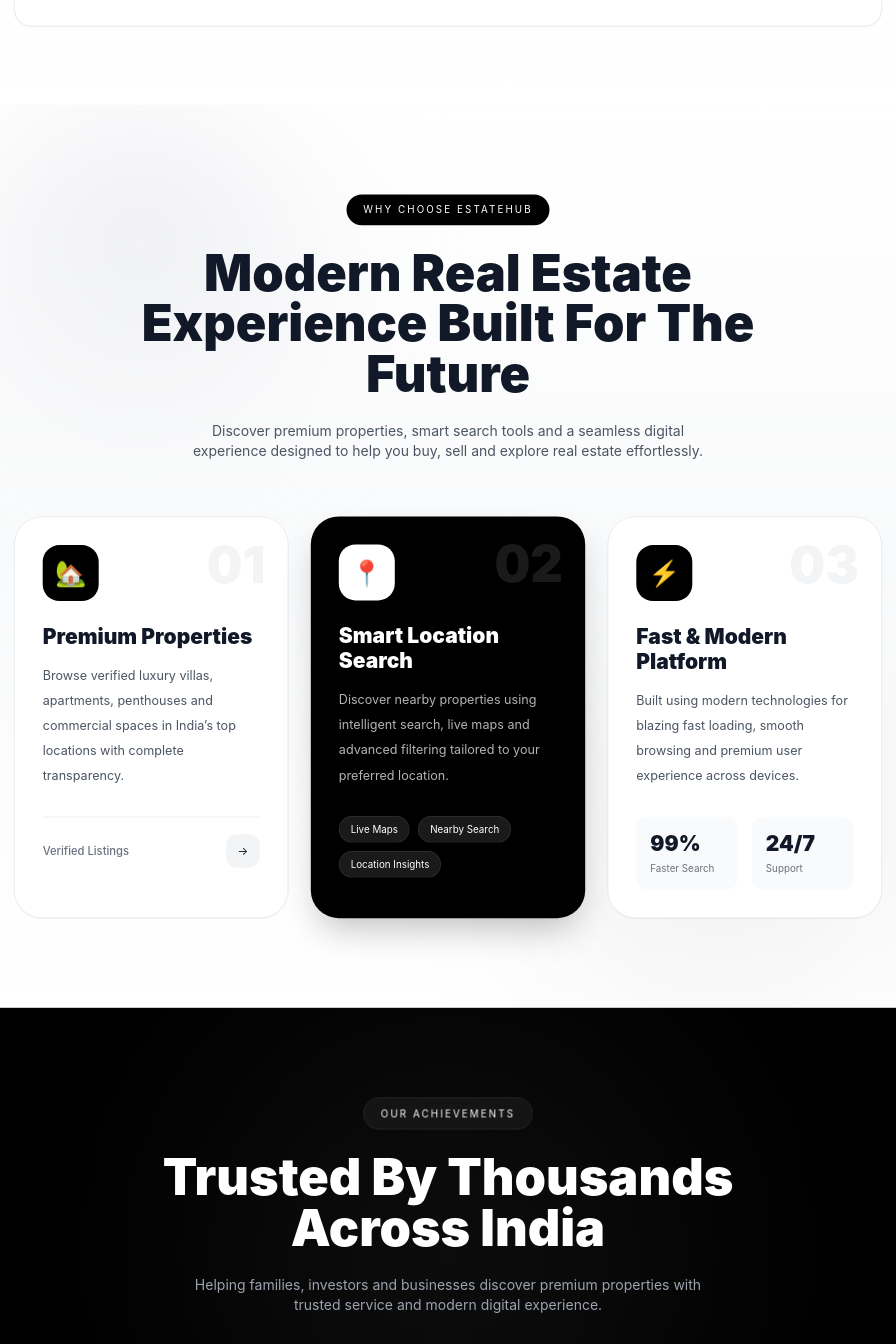
Repository: azoratech1/Real-Estate-Project
Page: / (app in website/)
An editor plug-in stored every save of this project. The page is shown before and after the next save, followed by the edit.
The browser window is 1280 px wide. The pictures show the part of the page from y = 1604 to 3524 px (the page is 5915 px tall before and 6663 px after), at 70% of full size.
Pictures or frames that could not be fetched are drawn as grey boxes. The page's requests for data from a server got no answer. The project was rebuilt for these pictures with package versions that can differ from the ones it lists, and the page was loaded fresh each time. No one was signed in, and anything a server would have sent is missing. Also part of the build but not shown: website/vite.config.js, website/src/components/property/PropertyCard.jsx, website/src/pages/Properties.jsx, website/src/pages/PropertyDetails.jsx, website/src/pages/NotFound.jsx.

Above is the page before, as saved 2026-05-13 17:26:31.

### website/index.html
<!DOCTYPE html>
<html lang="en">
  <head>
    <meta charset="UTF-8" />
    <meta name="viewport" content="width=device-width, initial-scale=1.0" />
    <title>React + Vite + Tailwind</title>
  </head>
  <body>
    <div id="root"></div>
    <script type="module" src="/src/main.jsx"></script>
  </body>
</html>

### website/src/pages/Home.jsx
import MainLayout from "../components/layout/MainLayout";

import HeroSection from "../components/home/HeroSection";

import FeaturedProperties from "../components/home/FeaturedProperties";
import PopularCities from "../components/home/PopularCities";
function Home() {

  return (

    <MainLayout>

      {/* HERO */}

      <HeroSection />

      {/* FEATURED PROPERTIES */}

      <FeaturedProperties />

      {/* WHY CHOOSE US */}
<section
  className="
    relative
    py-32
    overflow-hidden
    bg-gradient-to-b
    from-white
    via-gray-50
    to-white
  "
>

  {/* BACKGROUND EFFECTS */}

  <div
    className="
      absolute
      top-0
      left-0
      w-[400px]
      h-[400px]
      bg-gray-200/60
      rounded-full
      blur-[120px]
    "
  />

  <div
    className="
      absolute
      bottom-0
      right-0
      w-[500px]
      h-[500px]
      bg-black/5
      rounded-full
      blur-[140px]
    "
  />

  <div
    className="
      relative
      z-10
      max-w-7xl
      mx-auto
      px-5
    "
  >

    {/* HEADER */}

    <div
      className="
        text-center
        max-w-4xl
        mx-auto
        mb-20
      "
    >

      <div
        className="
          inline-flex
          items-center
          gap-3
          bg-black
          text-white
          px-6
          py-3
          rounded-full
          text-sm
          tracking-[3px]
          uppercase
          mb-8
        "
      >

        Why Choose EstateHub

      </div>

      <h2
        className="
          text-5xl
          md:text-7xl
          font-black
          leading-[1.1]
          text-gray-900
        "
      >

        Modern Real Estate
        Experience Built
        For The Future

      </h2>

      <p
        className="
          text-lg
          md:text-xl
          text-gray-600
          leading-9
          mt-8
          max-w-3xl
          mx-auto
        "
      >

        Discover premium properties,
        smart search tools and a
        seamless digital experience
        designed to help you buy,
        sell and explore real estate
        effortlessly.

      </p>

    </div>

    {/* GRID */}

    <div
      className="
        grid
        grid-cols-1
        lg:grid-cols-3
        gap-8
      "
    >

      {/* CARD 1 */}

      <div
        className="
          group
          relative
          overflow-hidden
          rounded-[40px]
          bg-white
          border
          border-gray-200
          p-10
          hover:-translate-y-3
          transition-all
          duration-500
          shadow-sm
          hover:shadow-2xl
        "
      >

        {/* GLOW */}

        <div
          className="
            absolute
            top-0
            right-0
            w-[180px]
            h-[180px]
            bg-black/5
            rounded-full
            blur-[80px]
            opacity-0
            group-hover:opacity-100
            transition-all
          "
        />

        {/* NUMBER */}

        <div
          className="
            absolute
            top-8
            right-8
            text-7xl
            font-black
            text-gray-100
          "
        >

          01

        </div>

        {/* ICON */}

        <div
          className="
            w-20
            h-20
            rounded-3xl
            bg-black
            text-white
            flex
            items-center
            justify-center
            text-4xl
            mb-8
            relative
            z-10
          "
        >

          🏡

        </div>

        {/* TITLE */}

        <h3
          className="
            text-3xl
            font-black
            mb-5
            relative
            z-10
          "
        >

          Premium Properties

        </h3>

        {/* DESCRIPTION */}

        <p
          className="
            text-gray-600
            leading-9
            text-lg
            relative
            z-10
          "
        >

          Browse verified luxury
          villas, apartments,
          penthouses and commercial
          spaces in India’s top
          locations with complete
          transparency.

        </p>

        {/* BOTTOM */}

        <div
          className="
            mt-10
            pt-6
            border-t
            flex
            items-center
            justify-between
          "
        >

          <span
            className="
              text-gray-500
              font-medium
            "
          >

            Verified Listings

          </span>

          <div
            className="
              w-12
              h-12
              rounded-2xl
              bg-gray-100
              flex
              items-center
              justify-center
              group-hover:bg-black
              group-hover:text-white
              transition-all
            "
          >

            →

          </div>

        </div>

      </div>

      {/* CARD 2 */}

      <div
        className="
          group
          relative
          overflow-hidden
          rounded-[40px]
          bg-black
          text-white
          p-10
          hover:-translate-y-3
          transition-all
          duration-500
          shadow-2xl
        "
      >

        {/* NUMBER */}

        <div
          className="
            absolute
            top-8
            right-8
            text-7xl
            font-black
            text-white/10
          "
        >

          02

        </div>

        {/* ICON */}

        <div
          className="
            w-20
            h-20
            rounded-3xl
            bg-white
            text-black
            flex
            items-center
            justify-center
            text-4xl
            mb-8
            relative
            z-10
          "
        >

          📍

        </div>

        {/* TITLE */}

        <h3
          className="
            text-3xl
            font-black
            mb-5
            relative
            z-10
          "
        >

          Smart Location Search

        </h3>

        {/* DESCRIPTION */}

        <p
          className="
            text-white/70
            leading-9
            text-lg
            relative
            z-10
          "
        >

          Discover nearby properties
          using intelligent search,
          live maps and advanced
          filtering tailored to your
          preferred location.

        </p>

        {/* FEATURES */}

        <div
          className="
            flex
            flex-wrap
            gap-3
            mt-10
          "
        >

          {
            [
              "Live Maps",
              "Nearby Search",
              "Location Insights"
            ].map((item) => (

              <div
                key={item}
                className="
                  px-4
                  py-2
                  rounded-full
                  bg-white/10
                  border
                  border-white/10
                  text-sm
                "
              >

                {item}

              </div>

            ))
          }

        </div>

      </div>

      {/* CARD 3 */}

      <div
        className="
          group
          relative
          overflow-hidden
          rounded-[40px]
          bg-white
          border
          border-gray-200
          p-10
          hover:-translate-y-3
          transition-all
          duration-500
          shadow-sm
          hover:shadow-2xl
        "
      >

        {/* GLOW */}

        <div
          className="
            absolute
            bottom-0
            left-0
            w-[180px]
            h-[180px]
            bg-gray-200
            rounded-full
            blur-[90px]
            opacity-0
            group-hover:opacity-100
            transition-all
          "
        />

        {/* NUMBER */}

        <div
          className="
            absolute
            top-8
            right-8
            text-7xl
            font-black
            text-gray-100
          "
        >

          03

        </div>

        {/* ICON */}

        <div
          className="
            w-20
            h-20
            rounded-3xl
            bg-black
            text-white
            flex
            items-center
            justify-center
            text-4xl
            mb-8
            relative
            z-10
          "
        >

          ⚡

        </div>

        {/* TITLE */}

        <h3
          className="
            text-3xl
            font-black
            mb-5
            relative
            z-10
          "
        >

          Fast & Modern Platform

        </h3>

        {/* DESCRIPTION */}

        <p
          className="
            text-gray-600
            leading-9
            text-lg
            relative
            z-10
          "
        >

          Built using modern
          technologies for blazing
          fast loading, smooth
          browsing and premium user
          experience across devices.

        </p>

        {/* STATS */}

        <div
          className="
            mt-10
            grid
            grid-cols-2
            gap-5
          "
        >

          <div
            className="
              rounded-2xl
              bg-gray-50
              p-5
            "
          >

            <h4
              className="
                text-3xl
                font-black
              "
            >

              99%

            </h4>

            <p
              className="
                text-gray-500
                mt-2
                text-sm
              "
            >

              Faster Search

            </p>

          </div>

          <div
            className="
              rounded-2xl
              bg-gray-50
              p-5
            "
          >

            <h4
              className="
                text-3xl
                font-black
              "
            >

              24/7

            </h4>

            <p
              className="
                text-gray-500
                mt-2
                text-sm
              "
            >

              Support

            </p>

          </div>

        </div>

      </div>

    </div>

  </div>

</section>
      {/* STATS */}

     {/* STATS SECTION */}

<section
  className="
    relative
    py-32
    overflow-hidden
    bg-black
    text-white
  "
>

  {/* BACKGROUND EFFECT */}

  <div
    className="
      absolute
      top-0
      left-1/2
      -translate-x-1/2
      w-[700px]
      h-[700px]
      bg-white/5
      rounded-full
      blur-[180px]
    "
  />

  <div
    className="
      relative
      z-10
      max-w-7xl
      mx-auto
      px-5
    "
  >

    {/* HEADER */}

    <div
      className="
        text-center
        max-w-4xl
        mx-auto
        mb-20
      "
    >

      <div
        className="
          inline-flex
          items-center
          gap-3
          px-6
          py-3
          rounded-full
          border
          border-white/10
          bg-white/5
          backdrop-blur-xl
          text-sm
          tracking-[3px]
          uppercase
          mb-8
        "
      >

        Our Achievements

      </div>

      <h2
        className="
          text-5xl
          md:text-7xl
          font-black
          leading-[1.1]
        "
      >

        Trusted By Thousands
        Across India

      </h2>

      <p
        className="
          text-lg
          md:text-xl
          text-gray-400
          leading-9
          mt-8
          max-w-3xl
          mx-auto
        "
      >

        Helping families, investors
        and businesses discover
        premium properties with
        trusted service and modern
        digital experience.

      </p>

    </div>

    {/* STATS GRID */}

    <div
      className="
        grid
        grid-cols-1
        sm:grid-cols-2
        xl:grid-cols-4
        gap-8
      "
    >

      {/* CARD */}

      <div
        className="
          group
          relative
          overflow-hidden
          rounded-[35px]
          border
          border-white/10
          bg-white/5
          backdrop-blur-xl
          p-10
          hover:-translate-y-3
          transition-all
          duration-500
        "
      >

        <div
          className="
            absolute
            top-0
            right-0
            w-[150px]
            h-[150px]
            bg-white/10
            rounded-full
            blur-[70px]
            opacity-0
            group-hover:opacity-100
            transition-all
          "
        />

        <h2
          className="
            text-6xl
            font-black
            mb-4
            relative
            z-10
          "
        >

          500+

        </h2>

        <p
          className="
            text-gray-400
            text-lg
            relative
            z-10
          "
        >

          Premium Properties
          Listed

        </p>

      </div>

      {/* CARD */}

      <div
        className="
          group
          relative
          overflow-hidden
          rounded-[35px]
          border
          border-white/10
          bg-white/5
          backdrop-blur-xl
          p-10
          hover:-translate-y-3
          transition-all
          duration-500
        "
      >

        <div
          className="
            absolute
            bottom-0
            left-0
            w-[150px]
            h-[150px]
            bg-white/10
            rounded-full
            blur-[70px]
            opacity-0
            group-hover:opacity-100
            transition-all
          "
        />

        <h2
          className="
            text-6xl
            font-black
            mb-4
            relative
            z-10
          "
        >

          120+

        </h2>

        <p
          className="
            text-gray-400
            text-lg
            relative
            z-10
          "
        >

          Happy Families &
          Investors

        </p>

      </div>

      {/* CARD */}

      <div
        className="
          group
          relative
          overflow-hidden
          rounded-[35px]
          border
          border-white/10
          bg-white/5
          backdrop-blur-xl
          p-10
          hover:-translate-y-3
          transition-all
          duration-500
        "
      >

        <div
          className="
            absolute
            top-0
            left-0
            w-[150px]
            h-[150px]
            bg-white/10
            rounded-full
            blur-[70px]
            opacity-0
            group-hover:opacity-100
            transition-all
          "
        />

        <h2
          className="
            text-6xl
            font-black
            mb-4
            relative
            z-10
          "
        >

          20+

        </h2>

        <p
          className="
            text-gray-400
            text-lg
            relative
            z-10
          "
        >

          Major Cities
          Covered

        </p>

      </div>

      {/* CARD */}

      <div
        className="
          group
          relative
          overflow-hidden
          rounded-[35px]
          border
          border-white/10
          bg-white/5
          backdrop-blur-xl
          p-10
          hover:-translate-y-3
          transition-all
          duration-500
        "
      >

        <div
          className="
            absolute
            bottom-0
            right-0
            w-[150px]
            h-[150px]
            bg-white/10
            rounded-full
            blur-[70px]
            opacity-0
            group-hover:opacity-100
            transition-all
          "
        />

        <h2
          className="
            text-6xl
            font-black
            mb-4
            relative
            z-10
          "
        >

          24/7

        </h2>

        <p
          className="
            text-gray-400
            text-lg
            relative
            z-10
          "
        >

          Dedicated Customer
          Support

        </p>

      </div>

    </div>

  </div>

</section>

{/* CTA SECTION */}

<section
  className="
    relative
    py-32
    overflow-hidden
    bg-gradient-to-b
    from-gray-50
    to-white
  "
>

  {/* BACKGROUND EFFECTS */}

  <div
    className="
      absolute
      top-0
      right-0
      w-[500px]
      h-[500px]
      bg-gray-200/60
      rounded-full
      blur-[140px]
    "
  />

  <div
    className="
      relative
      z-10
      max-w-6xl
      mx-auto
      px-5
    "
  >

    <div
      className="
        relative
        overflow-hidden
        rounded-[50px]
        bg-black
        text-white
        px-8
        md:px-16
        py-20
        text-center
      "
    >

      {/* INNER GLOW */}

      <div
        className="
          absolute
          top-1/2
          left-1/2
          -translate-x-1/2
          -translate-y-1/2
          w-[600px]
          h-[600px]
          bg-white/10
          rounded-full
          blur-[180px]
        "
      />

      {/* CONTENT */}

      <div
        className="
          relative
          z-10
        "
      >

        <div
          className="
            inline-flex
            items-center
            gap-3
            border
            border-white/10
            bg-white/5
            backdrop-blur-xl
            px-6
            py-3
            rounded-full
            text-sm
            tracking-[3px]
            uppercase
            mb-8
          "
        >

          Start Your Journey

        </div>

        <h2
          className="
            text-5xl
            md:text-7xl
            font-black
            leading-[1.1]
            max-w-5xl
            mx-auto
          "
        >

          Find Your Perfect
          Property Today

        </h2>

        <p
          className="
            text-lg
            md:text-xl
            text-gray-300
            mt-10
            leading-9
            max-w-3xl
            mx-auto
          "
        >

          Explore luxury villas,
          modern apartments and
          commercial properties with
          smart recommendations,
          advanced search and trusted
          listings across India.

        </p>

        {/* BUTTONS */}

        <div
          className="
            flex
            flex-col
            sm:flex-row
            items-center
            justify-center
            gap-5
            mt-14
          "
        >

          <button
            className="
              h-[65px]
              px-10
              rounded-2xl
              bg-white
              text-black
              font-bold
              text-lg
              hover:scale-105
              transition-all
              shadow-2xl
            "
          >

            Explore Properties

          </button>

          <button
            className="
              h-[65px]
              px-10
              rounded-2xl
              border
              border-white/10
              bg-white/5
              backdrop-blur-xl
              font-semibold
              text-lg
              hover:bg-white
              hover:text-black
              transition-all
            "
          >

            Contact Us

          </button>

        </div>

        {/* BOTTOM STATS */}

        <div
          className="
            grid
            grid-cols-1
            sm:grid-cols-3
            gap-8
            mt-20
            pt-10
            border-t
            border-white/10
          "
        >

          <div>

            <h3
              className="
                text-4xl
                font-black
              "
            >

              10K+

            </h3>

            <p
              className="
                text-gray-400
                mt-3
              "
            >

              Monthly Visitors

            </p>

          </div>

          <div>

            <h3
              className="
                text-4xl
                font-black
              "
            >

              98%

            </h3>

            <p
              className="
                text-gray-400
                mt-3
              "
            >

              Client Satisfaction

            </p>

          </div>

          <div>

            <h3
              className="
                text-4xl
                font-black
              "
            >

              100%

            </h3>

            <p
              className="
                text-gray-400
                mt-3
              "
            >

              Verified Listings

            </p>

          </div>

        </div>

      </div>

    </div>

  </div>

</section>

    </MainLayout>
  );
}

export default Home;

### website/src/components/layout/MainLayout.jsx
import Navbar from "./Navbar";

import Footer from "./Footer";

function MainLayout({
  children
}) {

  return (

    <div
      className="
        min-h-screen
        bg-gray-50
      "
    >

      {/* NAVBAR */}

      <Navbar />

      {/* PAGE CONTENT */}

      <main
        className="
          pt-[80px]
        "
      >

        {children}

      </main>

      {/* FOOTER */}

      <Footer />

    </div>
  );
}

export default MainLayout;

### website/src/components/common/Loader.jsx
function Loader() {

  return (

    <div
      className="
        w-full
        flex
        items-center
        justify-center
        py-20
      "
    >

      <div
        className="
          w-12
          h-12
          border-4
          border-gray-300
          border-t-black
          rounded-full
          animate-spin
        "
      />

    </div>
  );
}

export default Loader;

Loaded but not shown: website/src/main.jsx (common file); website/src/services/api.js (69 lines, source omitted); website/tailwind.config.js (8 lines, source omitted); website/src/components/home/HeroSection.jsx (863 lines, source omitted); website/src/components/layout/Footer.jsx (668 lines, source omitted); website/src/components/home/FeaturedProperties.jsx (454 lines, source omitted); website/src/components/layout/Navbar.jsx (474 lines, source omitted); website/src/components/home/HomeSearch.jsx (408 lines, source omitted); website/src/components/home/PopularCities.jsx (272 lines, source omitted); website/src/index.css (105 lines, source omitted); website/src/components/common/EmptyState.jsx (109 lines, source omitted); website/src/App.jsx (67 lines, source omitted)

After the next save:
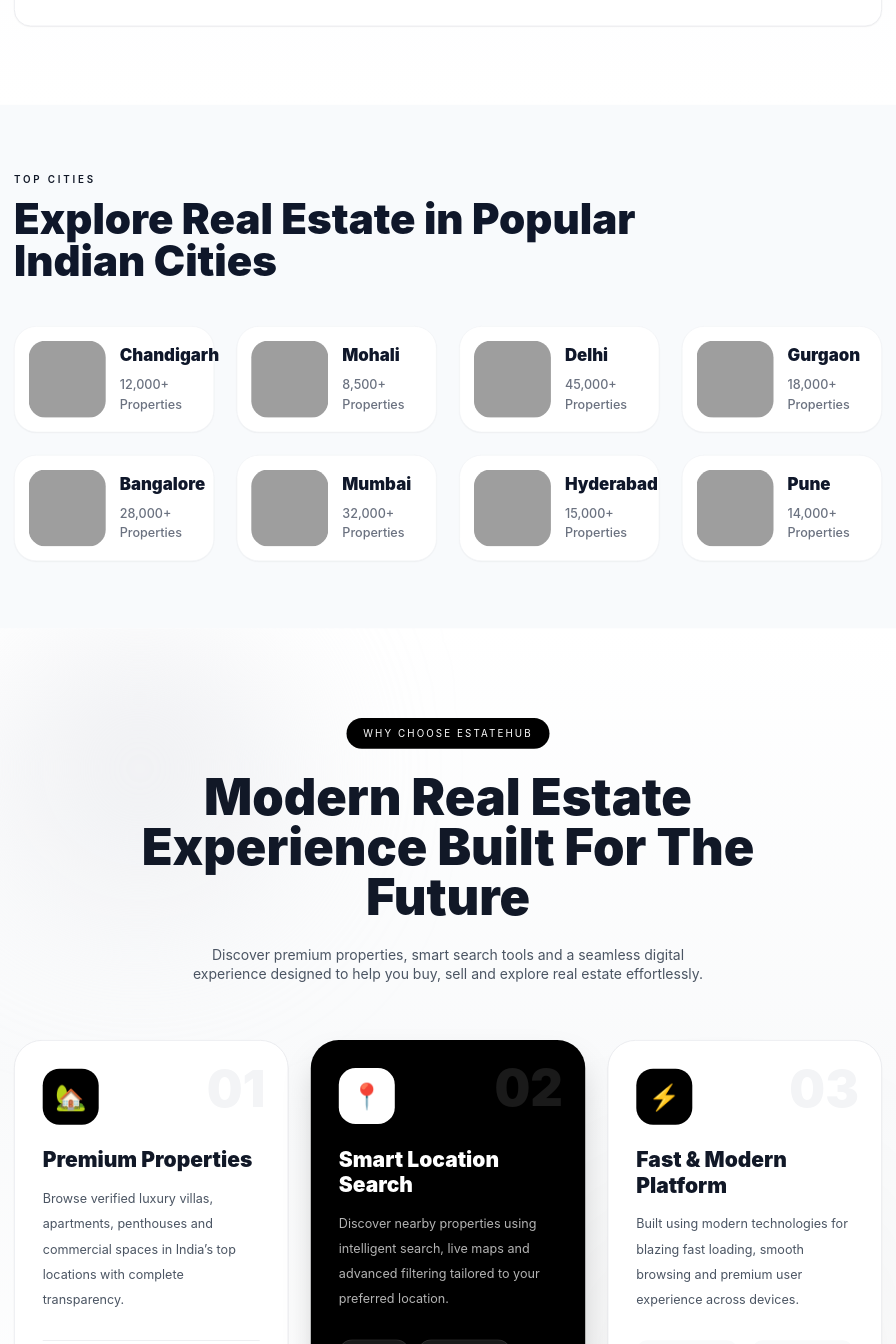
Saved 9 s later.
--- a/website/src/pages/Home.jsx
+++ b/website/src/pages/Home.jsx
@@ -17,7 +17,7 @@ function Home() {
       {/* FEATURED PROPERTIES */}
 
       <FeaturedProperties />
-
+<PopularCities />
       {/* WHY CHOOSE US */}
 <section
   className="
